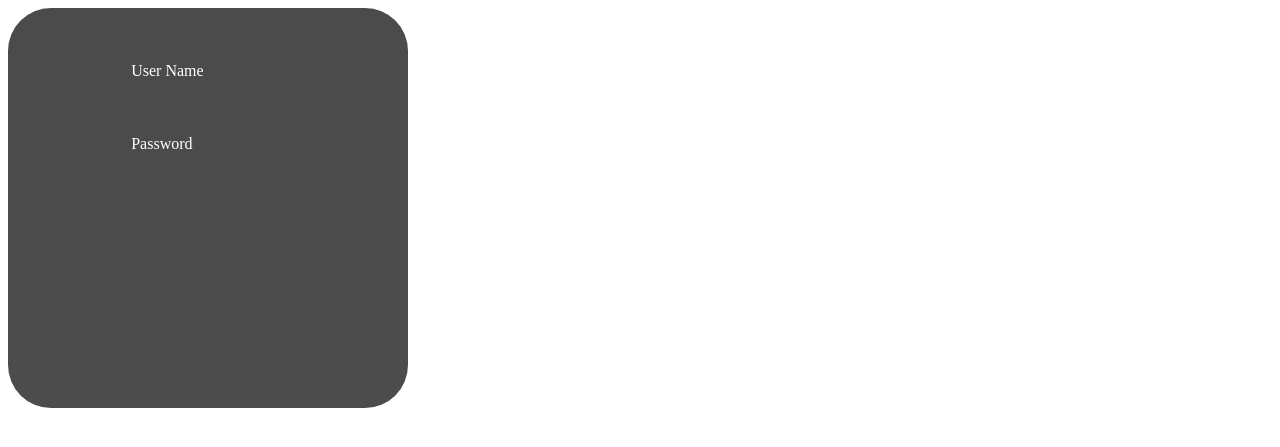
Repository: rkrukshan/Glass_Login_CSS
Page: loginform.html
An editor plug-in stored every save of this project. The page is shown before and after the next save, followed by the edit.
The browser window is 1280 px wide. The pictures show the whole page.

Above is the page before, as saved 2023-10-02 22:56:24.

After the next save:
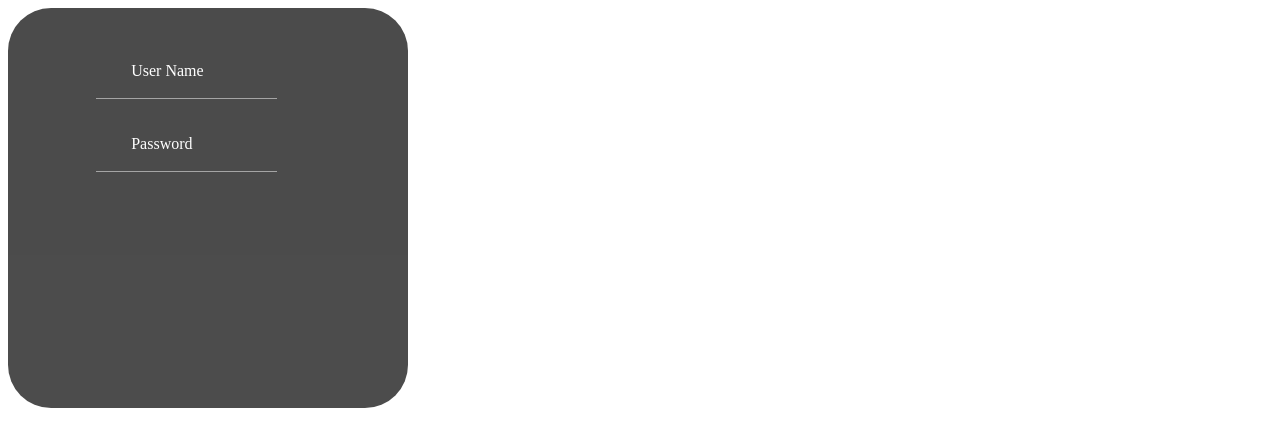
Saved 8 s later.
--- a/loginform.html
+++ b/loginform.html
@@ -17,7 +17,7 @@
             border-left: 0;
             border-right: 0;
             border-top: 0;
-            border-bottom: 1px solid black;
+            border-bottom: 1px solid rgb(255, 255, 255);
             margin-left: 5.5rem;
             background-color:transparent;
         }
